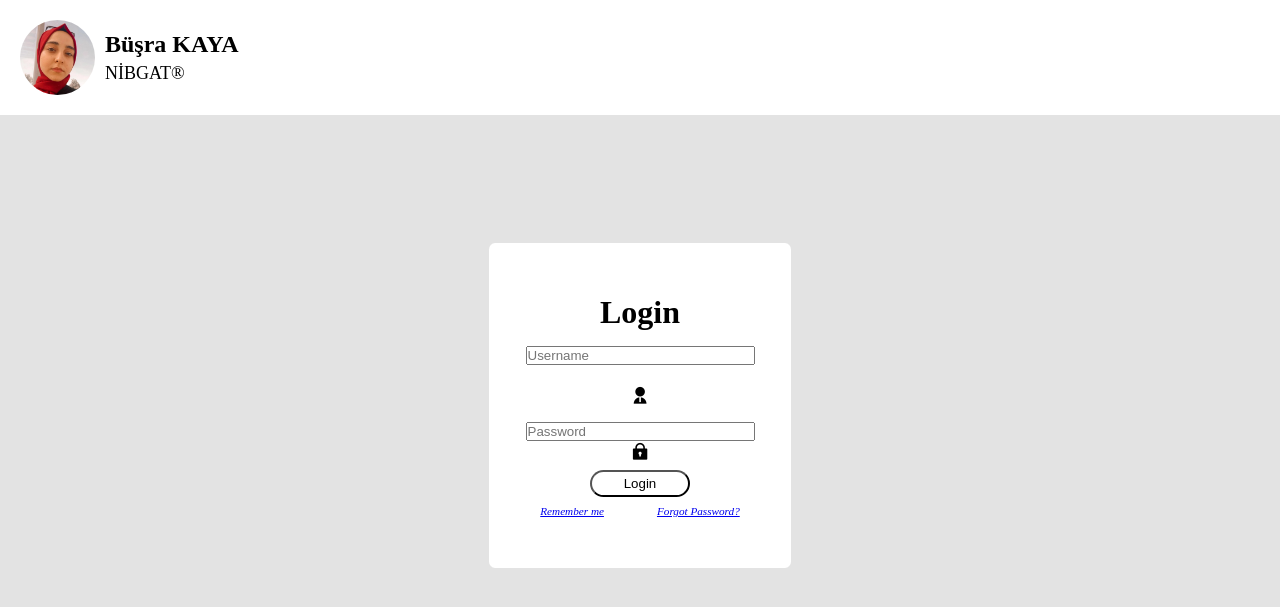
Repository: busra-kayaa/LoginPage
Page: login.html
The author's editor kept a copy of each file at every save. The page is drawn from the files as they stood at one save, then again after the next save.
The browser window is 1280 px wide. The pictures show the whole page.

Above is the page before, as saved 2024-01-05 09:15:00.

### login.html
<!DOCTYPE html>
<html>
    <head>
        <title>Login Page</title>
        <link rel="stylesheet" href="./style.css" type="text/css"/>
        <link rel="stylesheet" href="https://cdnjs.cloudflare.com/ajax/libs/remixicon/3.5.0/remixicon.css" crossorigin="">

    </head>
    <body>
        <div class="header-container">
            <div
                class="header-left-side-container"
            >
                <img
                    src="./busra.jpg"
                    height="75px"
                    width="75px"
                    class="logo"
                />
                <div class="header-desc-container">
                    <span class="header-title">
                        Büşra KAYA
                    </span>
                    <span class="header-content">
                        NİBGAT®
                    </span>
                </div>
            </div>
        </div>
        <div class="login-from-container">
          <div class ="login-text"><h1>Login</h1></div>
            <div class="input-group1">
                <input
                    type="text"
                    placeholder="Username"
                    class="input-text"
                    autocomplete="off"
                />
                <i class="ri-user-2-fill"></i>
            </div>
            <div class="input-group2">
                <input
                    type="password"
                    placeholder="Password"
                    class="input-text"
                    autocomplete="off"
                />
                <i class="ri-lock-2-fill"></i>
            </div>
            <div class="subgroup">
                <div class="button-group" id="login-button">
                    <button type="submit" class="login__button">Login</button>
                </div>
                <div class="footer">
                    <a href="#" target="_blank">Remember me</a>
                    <a href="#" target="_blank">Forgot Password? </a>
                </div>
            </div>
        </div>
    </body>
</html>

### style.css

* {
    padding: 0;
    margin: 0;
}

body {
    background-color: #e3e3e3;
}

.header-container {
    justify-content: space-between;
    background-color: #ffffff;
    flex-direction: row;
    align-items: center;
    padding: 20px;
    display: flex;
    margin-bottom: 10%;
}
.header-left-side-container {
    flex-direction: row;
    align-items: center;
    display: flex;
}

.logo {
    border-radius: 50%;
    margin-right: 10px;
}

.header-desc-container {
    display: flex;
    flex-direction: column;
}

.header-title {
    display: flex;
    flex-direction:column;
    font-weight: bold;
    font-size: 24px;
    margin-bottom: 5px;
}

.header-content {
    font-weight:normal;
    font-size: 18px;
    color:rgb(0, 0, 0);
}

.login-from-container {
    background-color: #ffffff;
    display: flex;
    border-radius: 2%;
    flex-direction: column;
    align-items: center;
    text-align: center;
    margin: auto;
    width: 200px;
    padding: 4%;
}

.login-text {
    padding-bottom: 15px;
}

.input-group1 {
    display: grid;
    row-gap: 1.25rem;
  margin-bottom: 1rem;
}

.input-group1 i {
    font-size: 1.20rem;
  }

.input-text {
    width: 225px;
}

.input-group2 {
    display: grid;
}
.input-group2 i {
    font-size: 1.20rem;
  }

.login__button {
    width: 50%;
    padding: 2%;
    margin: 4%;
    background-color:#ffffff;
    border-radius: 2rem;
    cursor: pointer;
  }

.footer {
    display: flex;
    flex-direction:raw;
    font-size: 70%;
    font-style: italic;
    gap: 53px;
}

After the next save:
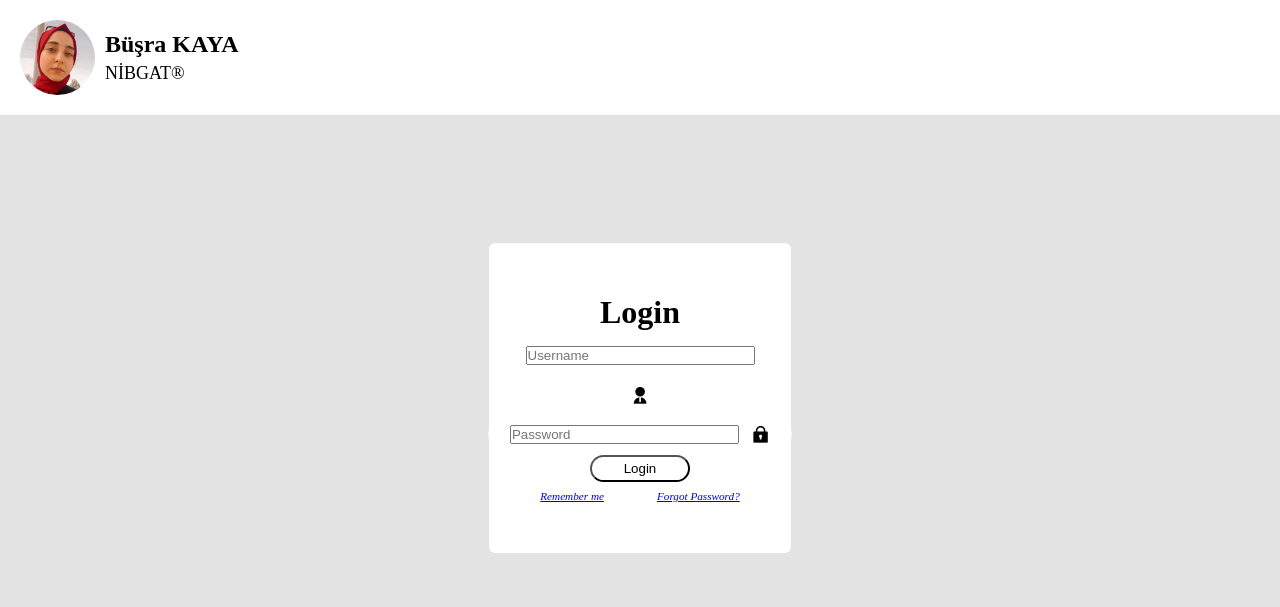
Saved 13 s later.
--- a/style.css
+++ b/style.css
@@ -66,7 +66,7 @@ body {
 .input-group1 {
     display: grid;
     row-gap: 1.25rem;
-  margin-bottom: 1rem;
+    margin-bottom: 1rem;
 }
 
 .input-group1 i {
@@ -79,6 +79,12 @@ body {
 
 .input-group2 {
     display: grid;
+    grid-template-columns: 1fr max-content;
+    column-gap: .75rem;
+    align-items: center;
+    border: 2px solid hsla(0, 0%, 100%, .7);
+    padding-inline: 1.25rem;
+    border-radius: 4rem;
 }
 .input-group2 i {
     font-size: 1.20rem;
